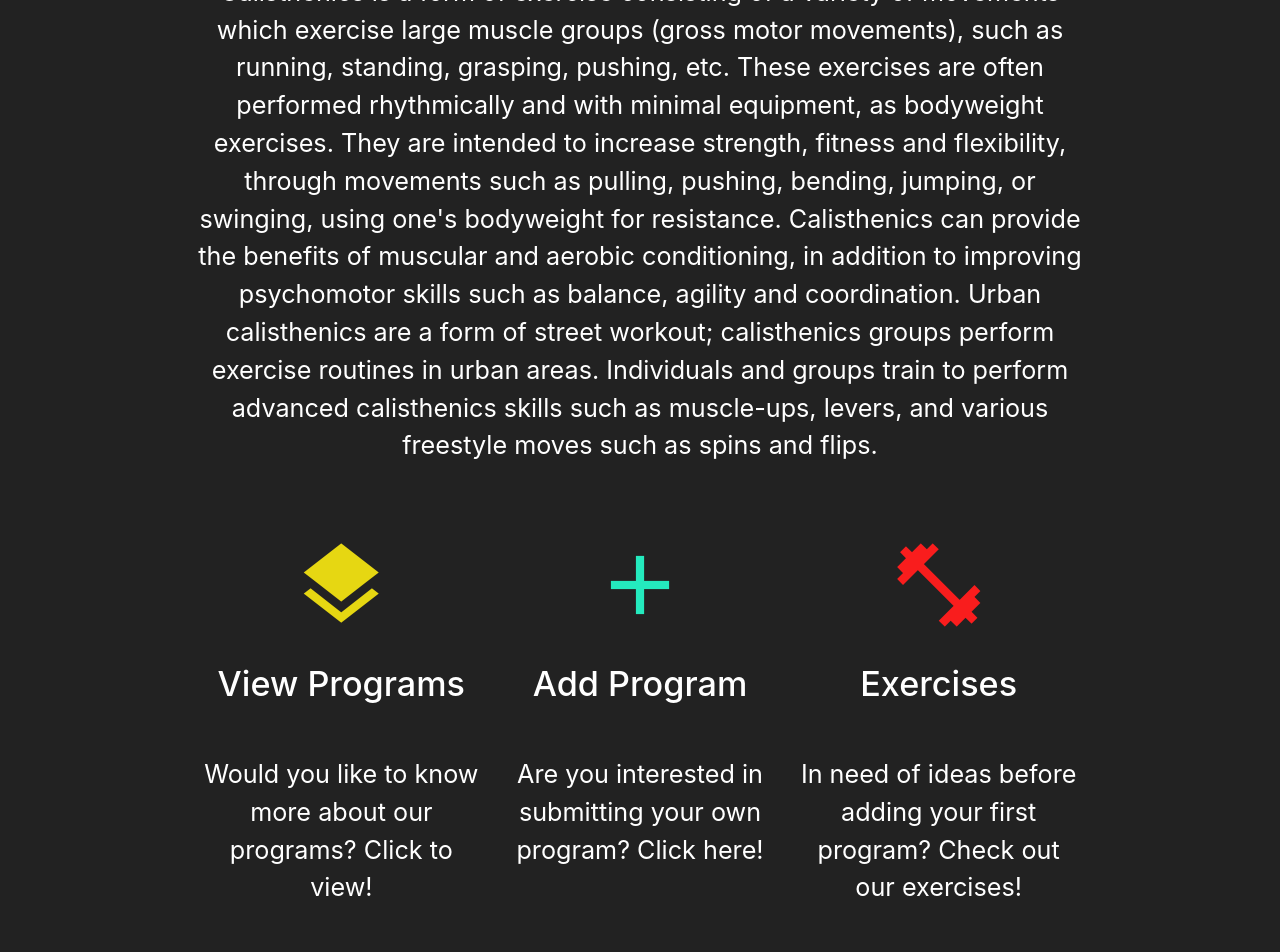
Repository: Ario124/calisthenics-project
Page: http://localhost/
The author's editor kept a record of every edit. The page is drawn from the files as they stood at one moment, then again after the next edit.
The browser window is 1280 px wide. The pictures show the part of the page from y = 929 to 1881 px (the page is 1881 px tall).
The page is served by the project's application, run on Flask 3 (app.py).

Above is the page before.

After the next edit:
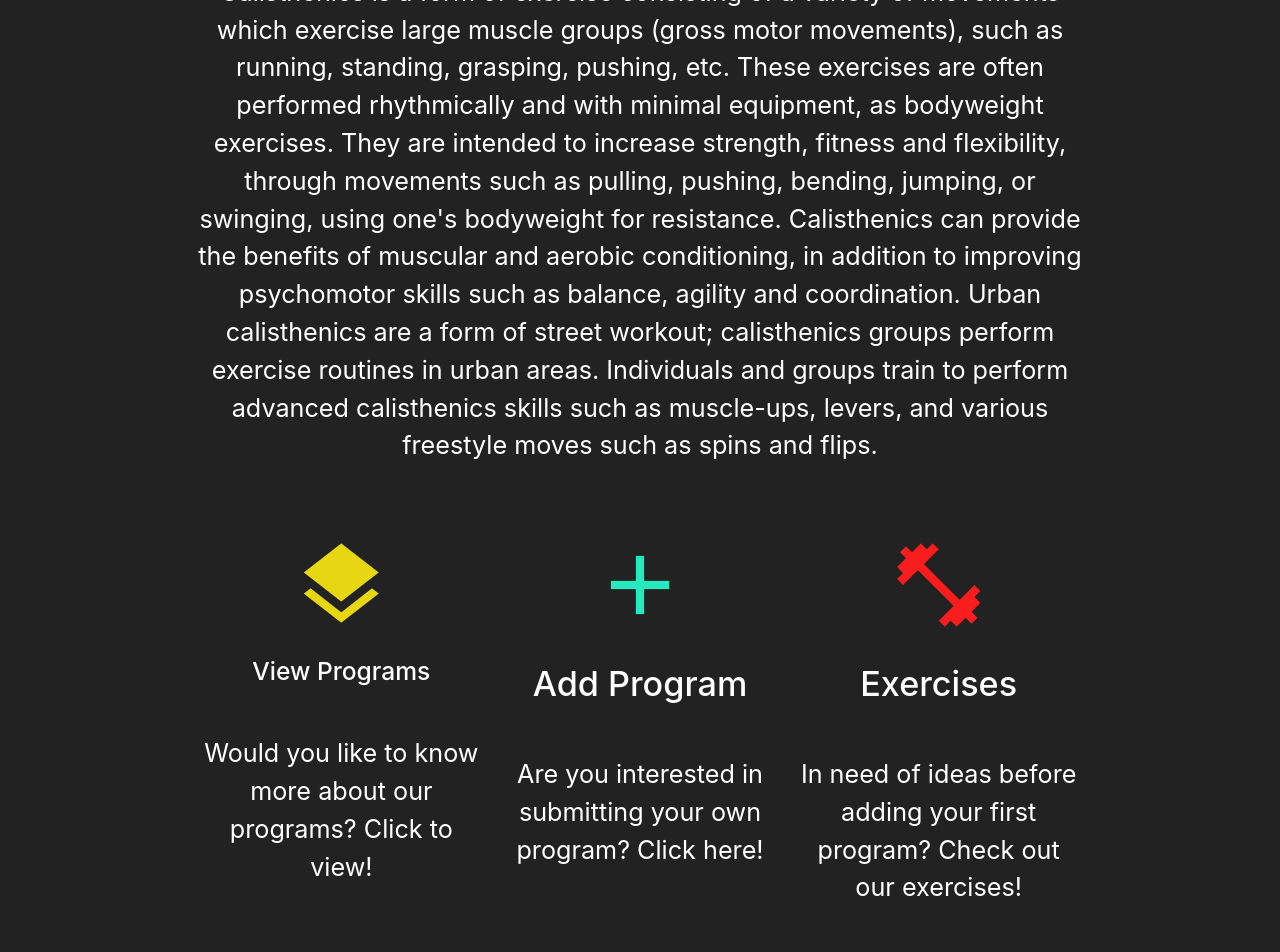
The edit:
--- a/templates/index.html
+++ b/templates/index.html
@@ -37,7 +37,7 @@
         <div class="col s4">
             <div class="section">
             <a href="{{url_for('get_programs')}}"><i class="material-icons icon-size icon-color">layers</i></a>
-            <h4><strong>View Programs</strong></h4></div>
+            <h5><strong>View Programs</strong></h5></div>
             <p class="flow-text">Would you like to know more about our programs? Click to view!</p>
         </div>
         <div class="col s4">
